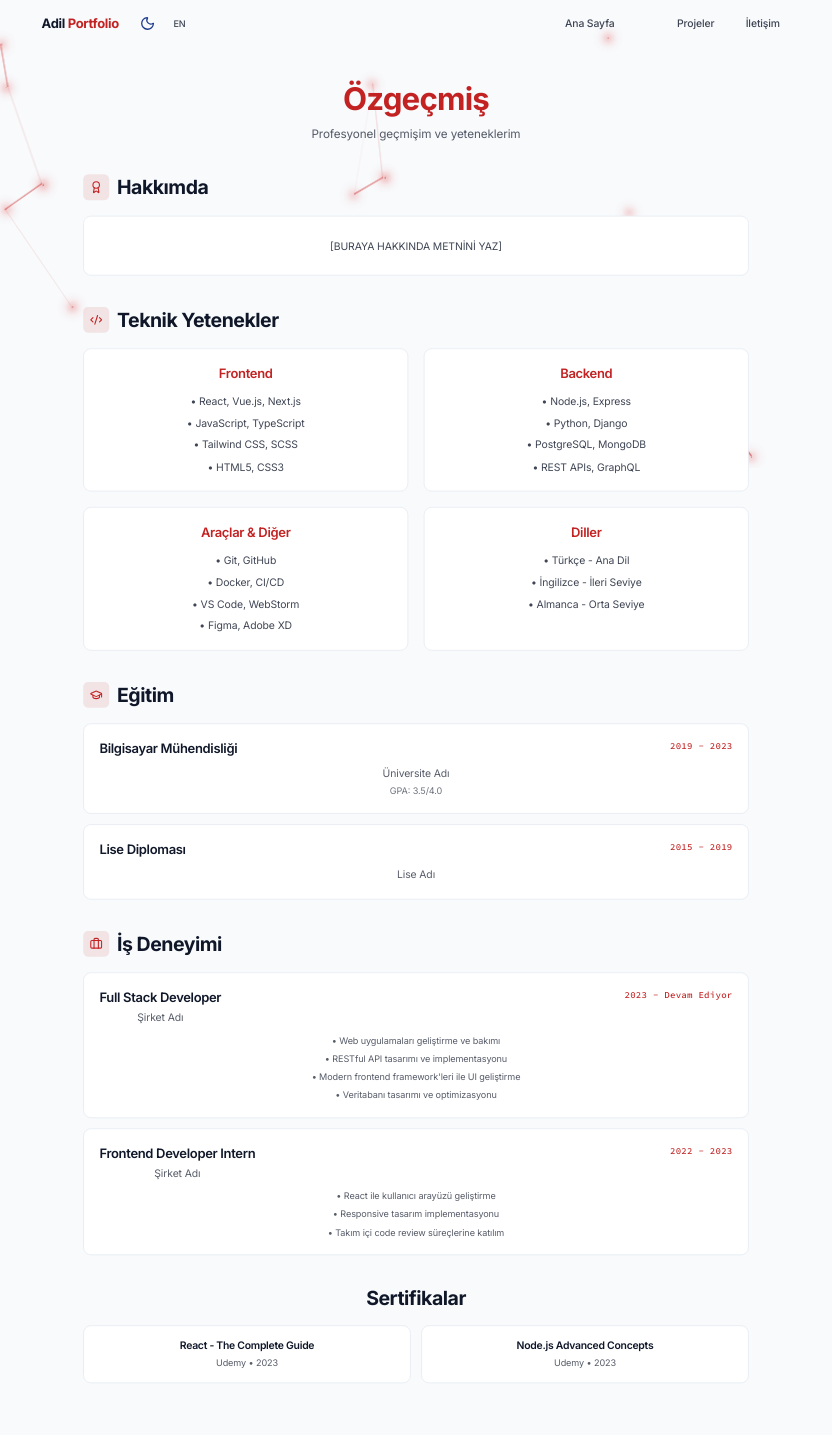
Repository: jusiann/personal-portfolio
Page: /tr/resume (app in my-portfolio/)
The author's editor kept a copy of each file at every save. The page is drawn from the files as they stood at one save, then again after the next save.
The browser window is 1280 px wide. The pictures show the whole page, at 65% of full size.
The project was rebuilt for these pictures with package versions that can differ from the ones it lists, and the page was loaded fresh each time. Also part of the build but not shown: my-portfolio/vite.config.js, my-portfolio/src/components/HomeImage.jsx, my-portfolio/src/components/SocialLinks.jsx, my-portfolio/src/components/HomeCard.jsx, my-portfolio/src/pages/Home.jsx, my-portfolio/src/pages/Projects.jsx, my-portfolio/src/pages/Contact.jsx, my-portfolio/src/pages/NotFound.jsx.

Above is the page before, as saved 2025-11-20 15:13:15.

### my-portfolio/index.html
<!doctype html>
<html lang="en">
  <head>
    <meta charset="UTF-8" />
    <link rel="icon" type="image/svg+xml" href="/vite.svg" />
    <meta name="viewport" content="width=device-width, initial-scale=1.0" />
    <link rel="preconnect" href="https://fonts.googleapis.com">
    <link rel="preconnect" href="https://fonts.gstatic.com" crossorigin>
    <link href="https://fonts.googleapis.com/css2?family=Inter:wght@300;400;500;600;700;800&family=Source+Code+Pro:wght@400;500;600&display=swap" rel="stylesheet">
    <title>my-portfolio</title>
  </head>
  <body>
    <div id="root"></div>
    <script type="module" src="/src/main.jsx"></script>
  </body>
</html>

### my-portfolio/src/App.jsx
import { BrowserRouter, Routes, Route, Navigate, useLocation } from "react-router-dom"
import { AnimatePresence } from "framer-motion"
import { Home } from "./pages/Home";
import { Resume } from "./pages/Resume";
import { Projects } from "./pages/Projects";
import { Contact } from "./pages/Contact";
import { NotFound } from "./pages/NotFound";

function AnimatedRoutes() {
  const location = useLocation();

  return (
    <AnimatePresence mode="wait">
      <Routes location={location} key={location.pathname}>

        {/* TURKISH ROUTES */}
        <Route path="/" element={<Navigate to="/en" replace />} />
        <Route path="/tr" element={<Home />}/>
        <Route path="/tr/resume" element={<Resume />}/>
        <Route path="/tr/projects" element={<Projects />}/>
        <Route path="/tr/contact" element={<Contact />}/>

        {/* ENGLISH ROUTES */}
        <Route path="/en" element={<Home />}/>
        <Route path="/en/resume" element={<Resume />}/>
        <Route path="/en/projects" element={<Projects />}/>
        <Route path="/en/contact" element={<Contact />}/>
        <Route path="*" element={<NotFound />} />
      </Routes>
    </AnimatePresence>
  );
}

function App() {
  return (
    <BrowserRouter>
      <AnimatedRoutes />
    </BrowserRouter>
  )
}

export default App

### my-portfolio/src/components/CrimsonWebBackground.jsx
import {useEffect, useState, useCallback} from "react";

export const CrimsonWebBackground = () => {
  const [nodes, setNodes] = useState([]);
  const [lines, setLines] = useState([]);

  const generatelines = useCallback((nodeList) => {
    const newLines = [];
    const maxDistance = 25;
    const maxLinesPerNode = 5;
    const nodeLines = new Array(nodeList.length).fill(0);

    for (let i = 0; i < nodeList.length; i++) {
      for (let j = i + 1; j < nodeList.length; j++) {
        if (nodeLines[i] >= maxLinesPerNode ||
            nodeLines[j] >= maxLinesPerNode) {
          continue;
        }

        const dx = nodeList[i].x - nodeList[j].x;
        const dy = nodeList[i].y - nodeList[j].y;
        const distance = Math.sqrt(dx * dx + dy * dy);

        if (distance < maxDistance) {
          newLines.push({
            id: `${i}-${j}`,
            x1: nodeList[i].x,
            y1: nodeList[i].y,
            x2: nodeList[j].x,
            y2: nodeList[j].y,
            opacity: (1 - distance / maxDistance) * 0.7,
            distance: distance,
          });
          nodeLines[i]++;
          nodeLines[j]++;
        }
      }
    }

    setLines(newLines);
  }, []);

  useEffect(() => {
    const generateNodes = () => {
      const numberOfNodes = Math.floor(
        (window.innerWidth * window.innerHeight) / 50000
      );

      const newNodes = [];

      for (let i = 0; i < numberOfNodes; i++) {
        newNodes.push({
          id: i,
          x: Math.random() * 100,
          y: Math.random() * 100,
          size: Math.random() * 2 + 1.5,
          speedX: (Math.random() - 0.5) * 0.05,
          speedY: (Math.random() - 0.5) * 0.05,
          opacity: Math.random() * 0.3 + 0.6,
          pulseDelay: Math.random() * 5,
        });
      }
      setNodes(newNodes);
      generatelines(newNodes);
    };

    generateNodes();

    // GENERATE NODES ON RESIZE
    const handleResize = () => {
      generateNodes();
    };

    window.addEventListener("resize", handleResize);

    return () => {
      window.removeEventListener("resize", handleResize);
    };
  }, [generatelines]);

  useEffect(() => {
    const interval = setInterval(() => {
      setNodes((prevNodes) => {
        const newNodes = prevNodes.map((node) => {
          let newX = node.x + node.speedX;
          let newY = node.y + node.speedY;
          let newSpeedX = node.speedX;
          let newSpeedY = node.speedY;

          // BOUNCE OFF EDGES - REVERSE DIRECTION
          if (newX <= 0 || newX >= 100) {
            newSpeedX = -node.speedX;
            newX = newX <= 0 ? 0 : 100;
          }
          if (newY <= 0 || newY >= 100) {
            newSpeedY = -node.speedY;
            newY = newY <= 0 ? 0 : 100;
          }

          return {
            ...node,
            x: newX,
            y: newY,
            speedX: newSpeedX,
            speedY: newSpeedY,
          };
        });

        generatelines(newNodes);

        return newNodes;
      });
    }, 50);

    return () => clearInterval(interval);
  }, [generatelines]);

  return (
    <div className="fixed inset-0 overflow-hidden pointer-events-none z-0">

      {/* RADIAL GRADIENT */}
      <div className="absolute inset-0 bg-gradient-radial from-transparent via-transparent to-background/50" />

      {/* SVG FOR LINES */}
      <svg className="absolute inset-0 w-full h-full">
        <defs>

          {/* LINE GRADIENT */}
          <linearGradient id="lineGradient" x1="0%" y1="0%" x2="100%" y2="100%">
            <stop offset="0%" className="crimson-stop-start" />
            <stop offset="50%" className="crimson-stop-mid" />
            <stop offset="100%" className="crimson-stop-end" />
          </linearGradient>

          {/* SVG FOR GLOW EFFECT */}
          <filter id="glow">
            <feGaussianBlur stdDeviation="1.2" result="coloredBlur"/>
            <feMerge>
              <feMergeNode in="coloredBlur"/>
              <feMergeNode in="SourceGraphic"/>
            </feMerge>
          </filter>

        </defs>

        {/* RENDER LINES WITH GLOW EFFECT */}
        {
          lines.map((connection) => (
            <line
              key={connection.id}
              x1={`${connection.x1}%`}
              y1={`${connection.y1}%`}
              x2={`${connection.x2}%`}
              y2={`${connection.y2}%`}
              stroke="url(#lineGradient)"
              strokeWidth="1.6"
              opacity={connection.opacity}
              className="web-thread"
              style={{ transition: 'opacity 0.5s ease-out' }}
              filter="url(#glow)"
            />
        ))}
      </svg>

      {/* RENDER NODES WITH PULSE EFFECT */}
      {
        nodes.map((node) => (
          <div
            key={node.id}
            className="web-node animate-web-pulse"
            style={{
              width: node.size + "px",
              height: node.size + "px",
              left: node.x + "%",
              top: node.y + "%",
              opacity: node.opacity,
              animationDelay: node.pulseDelay + "s",
            }}
          />
      ))}
    </div>
  );
};

### my-portfolio/src/components/Navbar.jsx
import {cn} from "../lib/utils";
import {Menu, X} from "lucide-react";
import {useEffect, useState} from "react";
import {useLocation, Link} from "react-router-dom";
import {translations} from "../lib/translations";
import {ThemeToggle} from "./ThemeToggle";
import {LanguageToggle} from "./LanguageToggle";

export const Navbar = () => {
  const [isScrolled, setIsScrolled] = useState(false);
  const [isMenuOpen, setIsMenuOpen] = useState(false);
  const location = useLocation();
  const lang = location.pathname.startsWith('/en') ? 'en' : 'tr';

  const navItems = [
    { name: translations[lang].home, href: `/${lang}` },
    { name: translations[lang].skills, href: `/${lang}/skills`},
    { name: translations[lang].projects, href: `/${lang}/projects` },
    { name: translations[lang].contact, href: `/${lang}/contact` },
  ];

  const isActiveRoute = (href) => {
    if (href === `/${lang}`) {
      return location.pathname === `/${lang}` || location.pathname === `/${lang}/`;
    }
    return location.pathname.startsWith(href);
  };

  useEffect(() => {
    const handleScroll = () => {
      setIsScrolled(window.scrollY > 10);
    };

    window.addEventListener("scroll", handleScroll);
    return () => window.removeEventListener("scroll", handleScroll);
  }, []);

  return (
    <nav
      className={cn(
        "fixed top-0 left-0 right-0 w-full z-50 transition-all duration-300 py-5",
        isScrolled ? "bg-background/80 backdrop-blur-md shadow-lg" : "bg-transparent"
      )}
    >
      <div className="w-[90%] mx-auto flex items-center justify-between h-8">
        <div className="flex items-center gap-6">
          <a
            className="text-xl font-heading font-bold text-primary flex items-center"
            href="#hero"
          >
            <span className="relative z-10">
              <span className="text-glow/50 text-foreground"> Adil </span>{" "}
              Portfolio
            </span>
          </a>

          <div className="flex items-center gap-2">
            <ThemeToggle />
            <LanguageToggle />
          </div>
        </div>

        <div className="hidden md:flex items-center space-x-4">
          {
            navItems.map((item, key) => (
              <Link
                key={key}
                to={item.href}
                className={`relative px-4 py-3 font-medium transition-colors duration-300 group ${
                  isActiveRoute(item.href)
                    ? 'text-primary'
                    : 'text-foreground/80 hover:text-primary'
                }`}
              >
                <div className={`absolute bottom-0 left-0 w-full h-0.5 bg-linear-to-r from-transparent via-primary to-transparent transition-transform duration-500 origin-center ${
                  isActiveRoute(item.href)
                    ? 'scale-x-100'
                    : 'scale-x-0 group-hover:scale-x-100'
                }`}
                />

                <span className="relative z-10">
                  {item.name}
                </span>
              </Link>
          ))}
        </div>

        <button
          onClick={() => setIsMenuOpen((prev) => !prev)}
          className="md:hidden p-2 text-foreground z-50 hover:text-primary transition-colors duration-300"
          aria-label={isMenuOpen ? "Close Menu" : "Open Menu"}
        >
          {isMenuOpen ? <X size={24} /> : <Menu size={24} />}
        </button>

        <div
          className={cn(
            "fixed inset-0 bg-background/95 backdrop-blur-md z-40 flex flex-col items-center justify-center",
            "transition-all duration-300 md:hidden",
            isMenuOpen
              ? "opacity-100 pointer-events-auto"
              : "opacity-0 pointer-events-none"
          )}
        >
          <div className="flex flex-col space-y-8 text-xl">
            {
              navItems.map((item, key) => (
                <Link
                  key={key}
                  to={item.href}
                  className={`relative px-4 py-2 transition-colors duration-300 group ${
                    isActiveRoute(item.href)
                      ? 'text-primary'
                      : 'text-foreground/80 hover:text-primary'
                  }`}
                  onClick={() => setIsMenuOpen(false)}
                >
                  <div className={`absolute bottom-0 left-0 w-full h-0.5 bg-linear-to-r from-transparent via-primary to-transparent transition-transform duration-500 ${
                    isActiveRoute(item.href)
                      ? 'scale-x-100'
                      : 'scale-x-0 group-hover:scale-x-100'
                  }`} />

                  <span className="relative z-10">
                    {item.name}
                  </span>
                </Link>
            ))}
          </div>
        </div>
      </div>
    </nav>
  );
};

### my-portfolio/src/components/PageTransition.jsx
import {motion} from 'framer-motion';

export const PageTransition = ({ children }) => {
    return (
        <>
            {children}

            {/* LEFT TRIANGLE */}
            <motion.div
                className="fixed inset-0 bg-background z-100 pointer-events-none"
                style={{
                    clipPath: 'polygon(0% 0%, 100% 0%, 0% 100%)',
                }}
                initial={{ x: '0%' }}
                animate={{ x: '-100%' }}
                transition={{
                    duration: 0.6,
                    ease: [0.65, 0, 0.35, 1],
                    delay: 0.4
                }}
            />

            {/* RIGHT TRIANGLE */}
            <motion.div
                className="fixed inset-0 bg-background z-100 pointer-events-none"
                style={{
                    clipPath: 'polygon(100% 0%, 100% 100%, 0% 100%)',
                }}
                initial={{ x: '0%' }}
                animate={{ x: '100%' }}
                transition={{
                    duration: 0.6,
                    ease: [0.65, 0, 0.35, 1],
                    delay: 0.4
                }}
            />

            {/* RED DIAGONAL LINE */}
            <motion.div
                className="fixed inset-0 pointer-events-none z-101"
                style={{
                    background: 'linear-gradient(to bottom right, transparent calc(50% - 2px), rgb(220, 38, 38) calc(50% - 2px), rgb(220, 38, 38) calc(50% + 2px), transparent calc(50% + 2px))',
                    filter: 'drop-shadow(0 0 8px rgb(220, 38, 38))',
                }}
                initial={{ opacity: 1 }}
                animate={{ opacity: 0 }}
                transition={{
                    duration: 0.3,
                    ease: "easeOut",
                    delay: 0.3
                }}
            />
        </>
    );
};

### my-portfolio/src/components/ThemeToggle.jsx
import {useEffect, useState} from 'react';
import {Sun, Moon} from 'lucide-react';
import {cn} from '../lib/utils';
import {motion, AnimatePresence} from 'framer-motion';

export const ThemeToggle = () => {
    const [isDarkMode, setIsDarkMode] = useState(false);
    const [isTransitioning, setIsTransitioning] = useState(false);

    useEffect(() => {
        const storedTheme = localStorage.getItem("theme");
        if (storedTheme === "dark") {
            document.documentElement.classList.add("dark");
            setIsDarkMode(true);
        } else {
            document.documentElement.classList.remove("dark");
            setIsDarkMode(false);
        }
    }, []);

    const toggleTheme = () => {
        setIsTransitioning(true);

        setTimeout(() => {
            if (isDarkMode) {
                document.documentElement.classList.remove("dark");
                localStorage.setItem("theme", "light");
                setIsDarkMode(false);
            } else {
                document.documentElement.classList.add("dark");
                localStorage.setItem("theme", "dark");
                setIsDarkMode(true);
            }
        }, 350);

        setTimeout(() => {
            setIsTransitioning(false);
        }, 800);
    };

    return (
        <>
            <button
                onClick={toggleTheme}
                className={cn(
                    "p-2 rounded-full transition-all duration-300",
                    "hover:scale-110 active:scale-95",
                    "focus:outline-hidden"
                )}
            >
                {
                    isDarkMode ? (
                        <Sun className='h-6 w-6 text-yellow-300' />
                    ) : (
                        <Moon className='h-6 w-6 text-blue-900' />
                    )
                }

                {/* <div className="relative w-6 h-6">
                    <Sun
                        className={cn(
                            'absolute inset-0 h-6 w-6 text-yellow-300 transition-all duration-500',
                            isDarkMode ? 'rotate-0 scale-100 opacity-100' : 'rotate-90 scale-0 opacity-0'
                        )}
                    />
                    <Moon
                        className={cn(
                            'absolute inset-0 h-6 w-6 text-blue-900 transition-all duration-500',
                            isDarkMode ? '-rotate-90 scale-0 opacity-0' : 'rotate-0 scale-100 opacity-100'
                        )}
                    />
                </div> */}

            </button>

            {/* THEME TRANSITION */}
            <AnimatePresence>
                {isTransitioning && (
                    <>
                        {/* LEFT TRIANGLE */}
                        <motion.div
                            className="fixed inset-0 bg-background z-200 pointer-events-none"
                            style={{
                                clipPath: 'polygon(0% 0%, 100% 0%, 0% 100%)',
                            }}
                            initial={{ x: '0%' }}
                            animate={{ x: '-100%' }}
                            transition={{
                                duration: 0.6,
                                ease: [0.65, 0, 0.35, 1],
                                delay: 0.4
                            }}
                        />

                        {/* RIGHT TRIANGLE */}
                        <motion.div
                            className="fixed inset-0 bg-background z-200 pointer-events-none"
                            style={{
                                clipPath: 'polygon(100% 0%, 100% 100%, 0% 100%)',
                            }}
                            initial={{ x: '0%' }}
                            animate={{ x: '100%' }}
                            transition={{
                                duration: 0.6,
                                ease: [0.65, 0, 0.35, 1],
                                delay: 0.4
                            }}
                        />

                        {/* RED DIAGONAL LINE */}
                        <motion.div
                            className="fixed inset-0 pointer-events-none z-201"
                            style={{
                                background: 'linear-gradient(to bottom right, transparent calc(50% - 2px), rgb(220, 38, 38) calc(50% - 2px), rgb(220, 38, 38) calc(50% + 2px), transparent calc(50% + 2px))',
                                filter: 'drop-shadow(0 0 8px rgb(220, 38, 38))',
                            }}
                            initial={{ opacity: 1 }}
                            animate={{ opacity: 0 }}
                            transition={{
                                duration: 0.3,
                                ease: "easeOut",
                                delay: 0.3
                            }}
                        />
                    </>
                )}
            </AnimatePresence>
        </>
    );
};

### my-portfolio/src/components/LanguageToggle.jsx
import {useNavigate, useLocation } from 'react-router-dom';
import {cn} from '../lib/utils';

export const LanguageToggle = () => {
    const navigate = useNavigate();
    const location = useLocation();
    const currentLang = location.pathname.startsWith('/en') ? 'en' : 'tr';

    const toggleLanguage = () => {
        const newLang = currentLang === 'tr' ? 'en' : 'tr';
        navigate(`/${newLang}${location.hash}`);
    };

    return (
        <button
            onClick={toggleLanguage}
            className={cn(
                "px-3 py-2 transition-all duration-300",
                "hover:scale-110 active:scale-95",
                "focus:outline-none text-foreground/80 hover:text-foreground",
                "text-sm font-medium uppercase"
            )}
        >
            {currentLang === 'tr' ? 'EN' : 'TR'}
        </button>
    );
};

Loaded but not shown: my-portfolio/src/main.jsx (common file); my-portfolio/src/lib/translations.js (library); my-portfolio/src/lib/utils.js (19 lines, source omitted); my-portfolio/src/pages/Resume.jsx (234 lines, source omitted); my-portfolio/src/index.css (267 lines, source omitted)

After the next save:
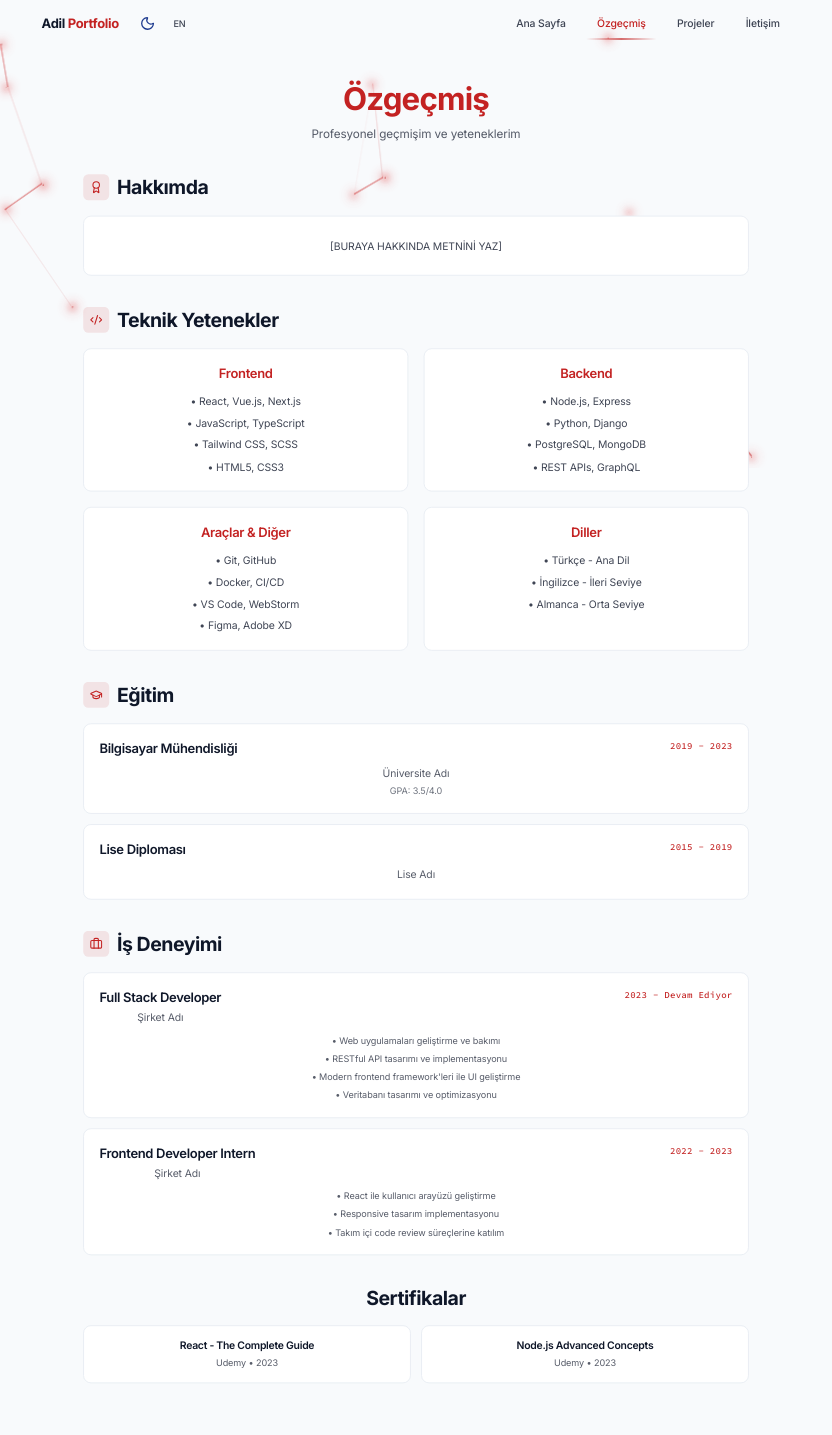
Saved 12 s later.
--- a/my-portfolio/src/components/Navbar.jsx
+++ b/my-portfolio/src/components/Navbar.jsx
@@ -14,7 +14,7 @@ export const Navbar = () => {
 
   const navItems = [
     { name: translations[lang].home, href: `/${lang}` },
-    { name: translations[lang].skills, href: `/${lang}/skills`},
+    { name: translations[lang].resume, href: `/${lang}/resume`},
     { name: translations[lang].projects, href: `/${lang}/projects` },
     { name: translations[lang].contact, href: `/${lang}/contact` },
   ];
